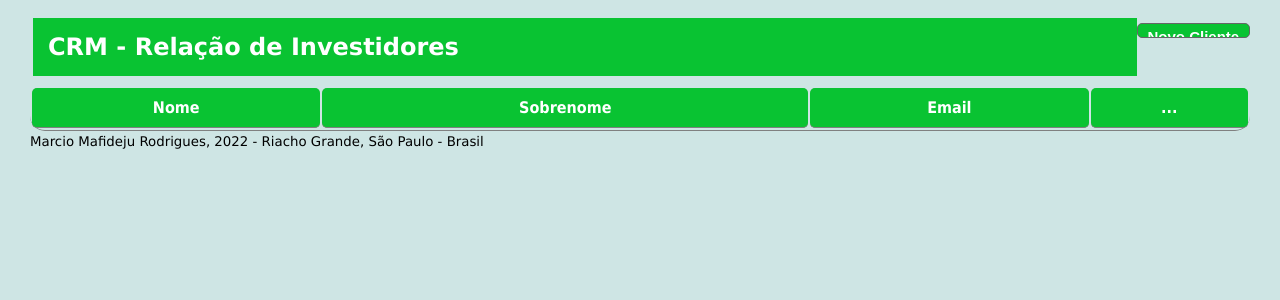
Repository: mafideju/CustomerTracker
Page: http://localhost/web-customer-tracker/WEB-INF/view/list-customers.jsp
The author's editor kept a copy of each file at every save. The page is drawn from the files as they stood at one save, then again after the next save.
The browser window is 1280 px wide. The pictures show the whole page.
The page is served by Tomcat 9. Nobody is signed in. The template is opened directly, without the code that normally fills it, so the values that code supplies are empty.

Above is the page before, as saved 2022-01-27 16:06:05.

After the next save:
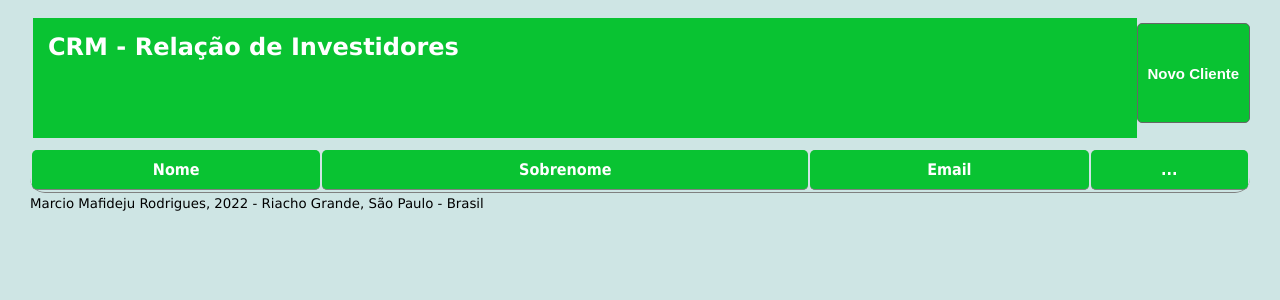
Saved 11 s later.
--- a/web-customer-tracker/WebContent/resources/css/style.css
+++ b/web-customer-tracker/WebContent/resources/css/style.css
@@ -36,7 +36,7 @@ tr:nth-child(odd) {background: #BBBBBB;}
 	color: white;
 	font-size: 15px;
 	font-weight: bold;
-	height: 15px;
+	height: 100px;
 	margin-bottom: 15px;
 	margin-top: 15px;
 	padding: 5px 10px;
